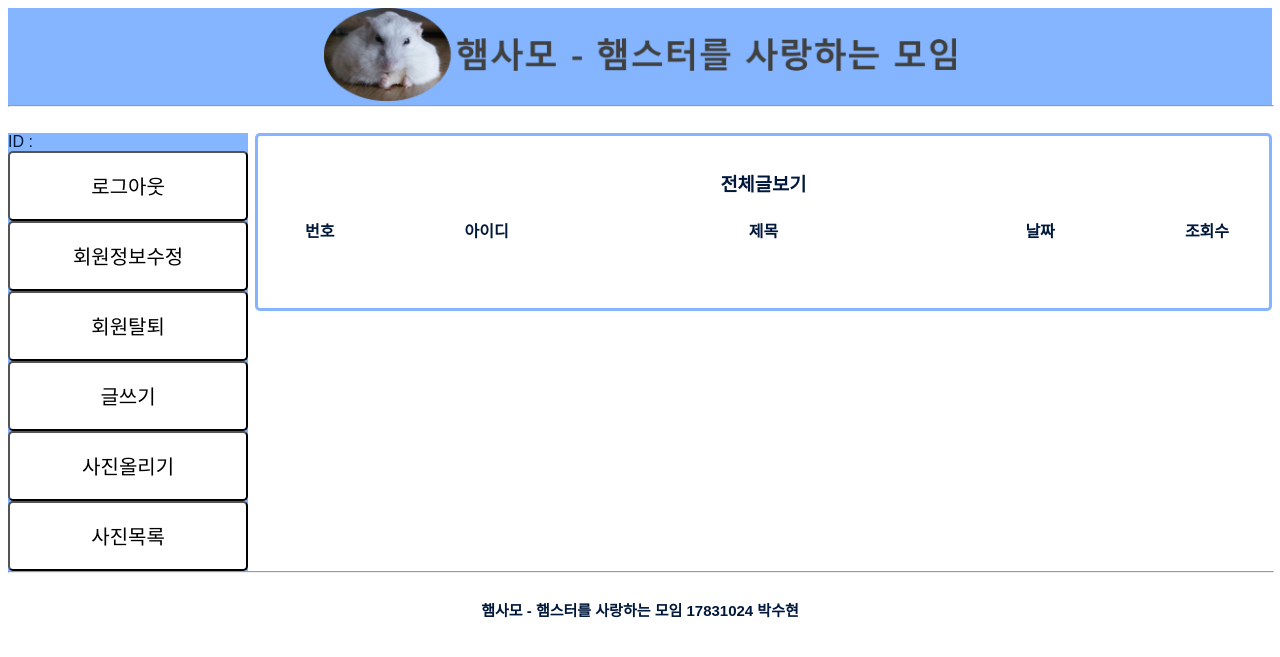
Repository: hyun5292/school
Page: http://localhost/HamSaMo/WEB-INF/views/list.jsp
These files come from the project's save history. The page is drawn as it stood at one moment and after the next save; the edit follows.
The browser window is 1280 px wide. The pictures show the whole page.
The page is served by Tomcat 9. Nobody is signed in. The template is opened directly, without the code that normally fills it, so the values that code supplies are empty.

Above is the page before, as saved 2019-12-09 21:23:43.

After the next save:
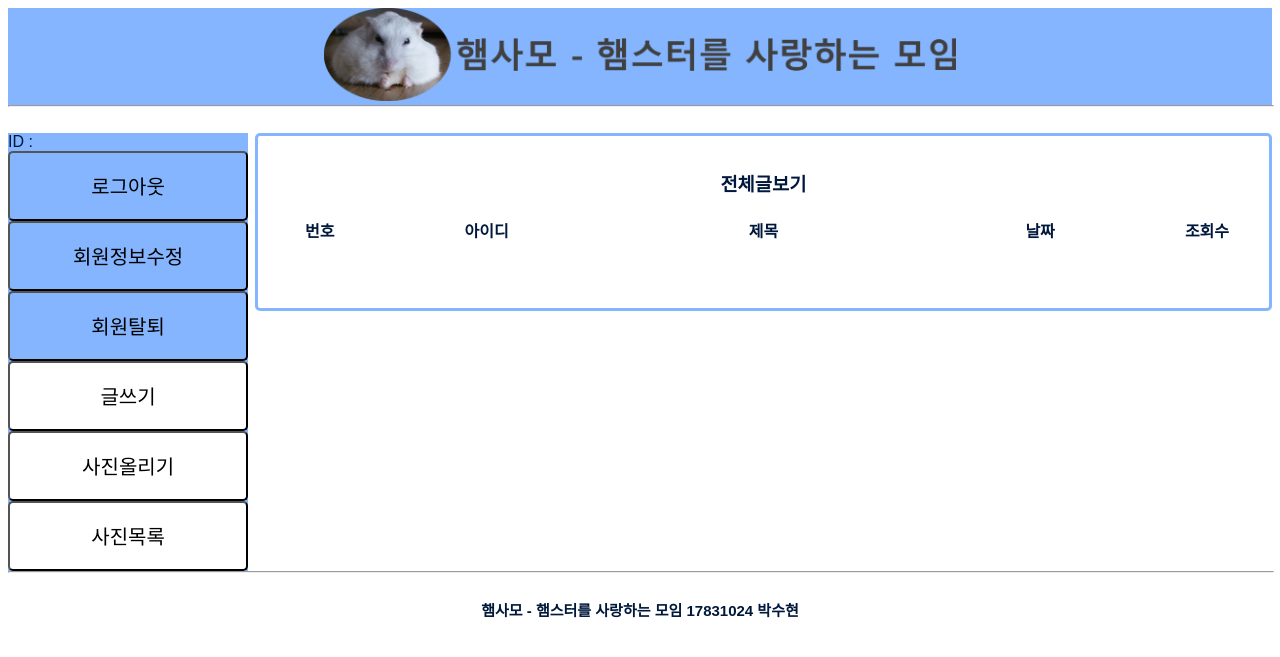
Saved 9 s later.
--- a/spring/HamSaMo/HamSaMo/src/main/webapp/WEB-INF/views/list.jsp
+++ b/spring/HamSaMo/HamSaMo/src/main/webapp/WEB-INF/views/list.jsp
@@ -83,13 +83,13 @@
 					ID : ${dto.mId}
 				</div>
 				<form action="Logout">
-					<input type="submit" id="btn_light" value="로그아웃">
+					<input type="submit" id="btn_dark" value="로그아웃">
 				</form>
 				<form action="MmodifyForm">
-					<input type="submit" id="btn_light" value="회원정보수정">
+					<input type="submit" id="btn_dark" value="회원정보수정">
 				</form>
 				<form action="GetOutForm">
-					<input type="submit" id="btn_light" value="회원탈퇴">
+					<input type="submit" id="btn_dark" value="회원탈퇴">
 				</form>
 				<form action="writeForm">
 					<input type="submit" id="btn_light" value="글쓰기">
